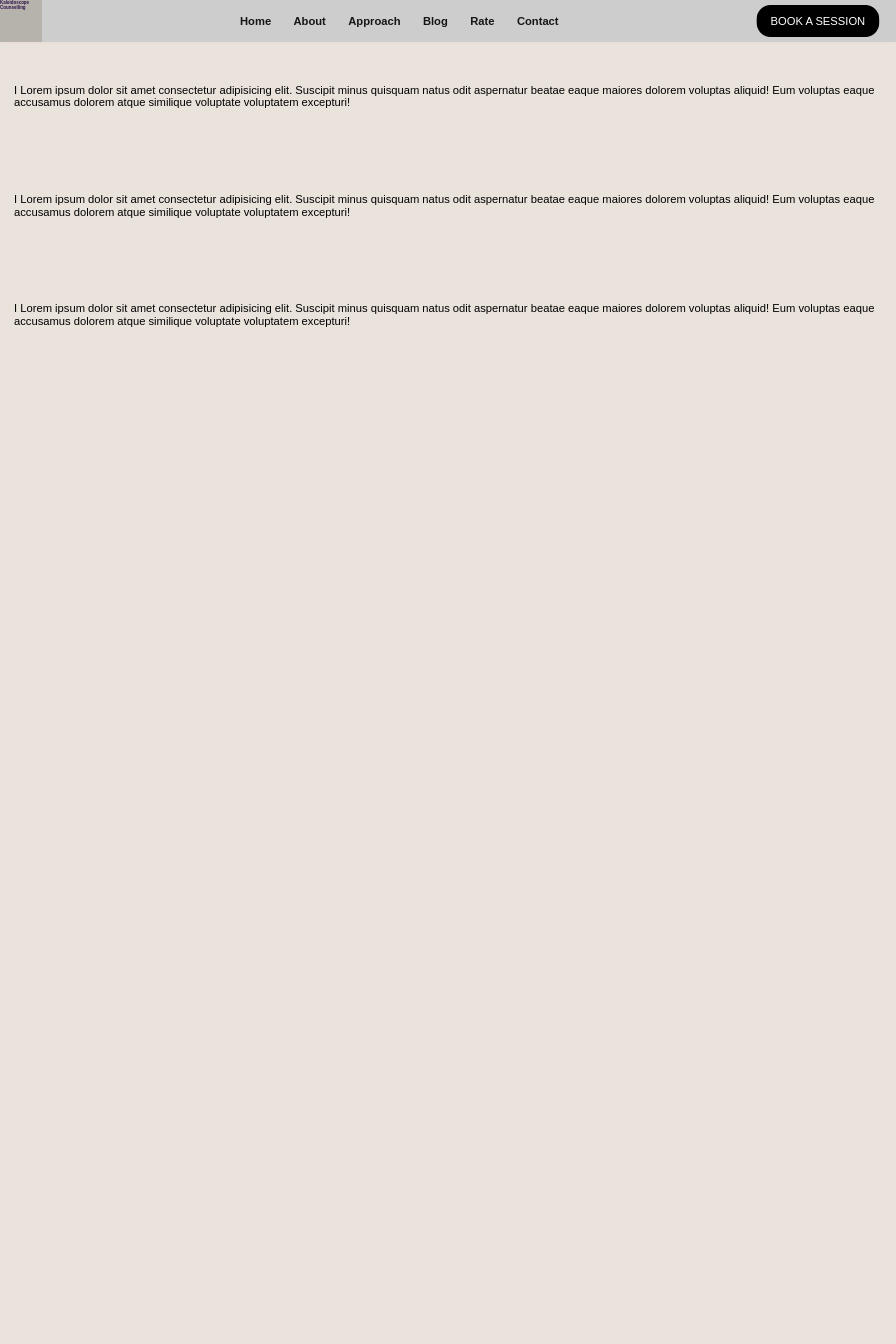
Repository: voutadi/Project1
Page: index.html
These files come from the project's save history. The page is drawn as it stood at one moment and after a run of saves; the edit follows.
The browser window is 1280 px wide. The pictures show the part of the page from y = 0 to 1920 px (the page is 3120 px tall), at 70% of full size.
The pointer rests on the first visible `button`.

Above is the page before, as saved 2024-07-08 22:45:15.

After the next 3 saves:
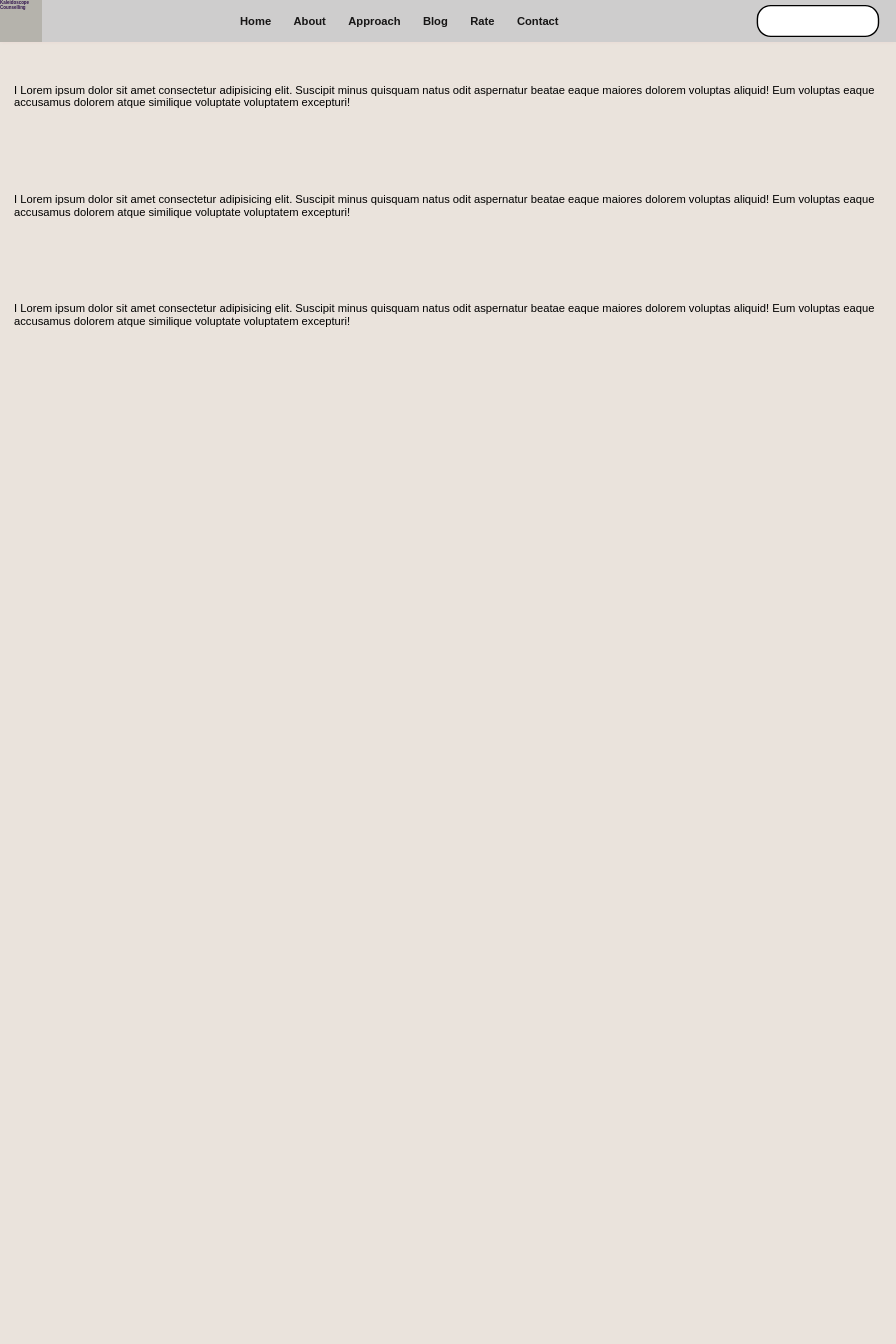
The 3 saves are shown as one change because they came seconds apart.
The last was saved 10 s later.
--- a/styles/style.css
+++ b/styles/style.css
@@ -79,7 +79,7 @@ button {
   cursor: pointer;
 }
 button:hover {
-  background-color: rgb(187, 181181);
+  background-color: white;
   transition: 0.15s;
   padding: 12px 18px;
 }
